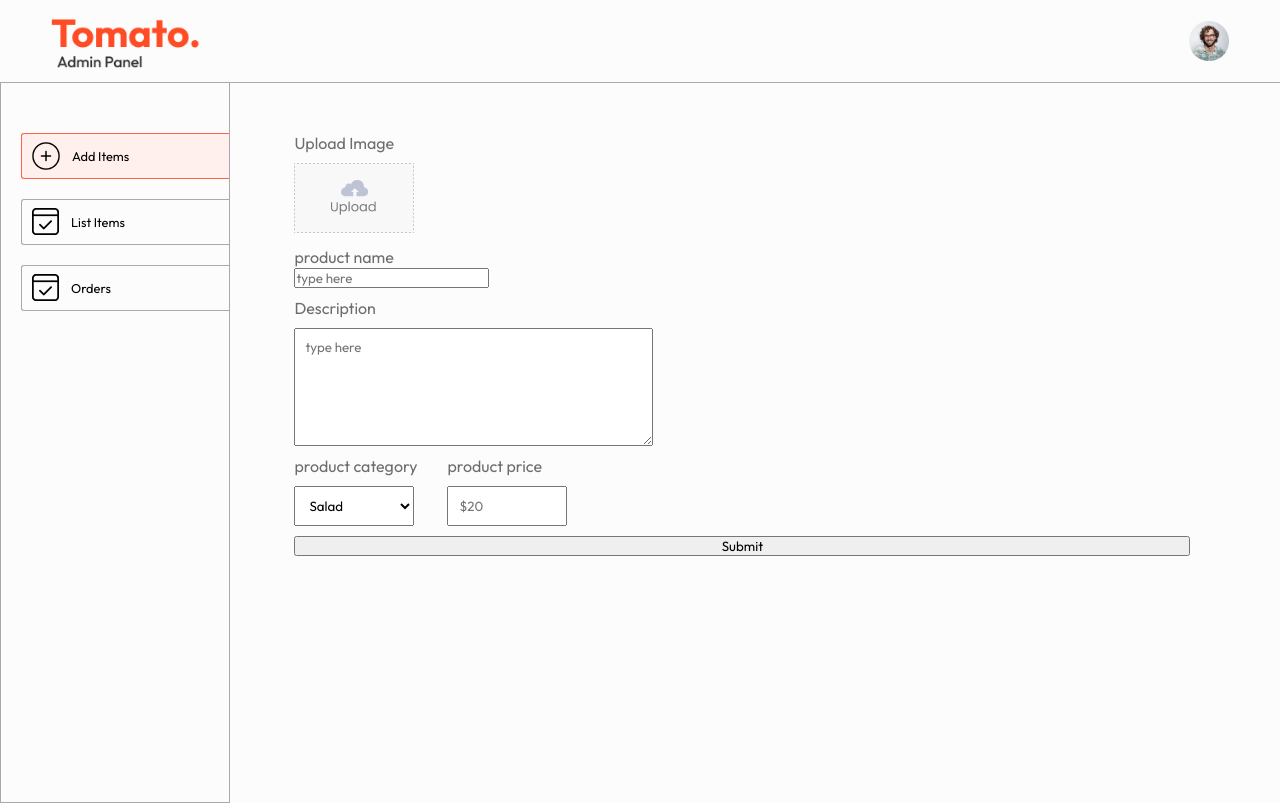
Repository: sodmaq/food-delivery
Page: /add (app in admin/)
The author's editor kept a copy of each file at every save. The page is drawn from the files as they stood at one save, then again after the next save.
The browser window is 1280 px wide. The pictures show the whole page.
The project was rebuilt for these pictures with package versions that can differ from the ones it lists, and the page was loaded fresh each time. Also part of the build but not shown: admin/vite.config.js, admin/src/pages/orders/Orders.jsx. Imported but missing from the stored project, and not drawn on this page: admin/src/pages/list/List.

Above is the page before, as saved 2024-10-04 22:59:26.

### admin/index.html
<!DOCTYPE html>
<html lang="en">
  <head>
    <meta charset="UTF-8" />
    <link rel="icon" type="image/svg+xml" href="/vite.svg" />
    <meta name="viewport" content="width=device-width, initial-scale=1.0" />
    <title>Admin</title>
  </head>
  <body>
    <div id="root"></div>
    <script type="module" src="/src/main.jsx"></script>
  </body>
</html>

### admin/src/App.jsx
import { NavBar } from "./components/NavBar/NavBar";
import SideBar from "./components/sidebar/SideBar";
import Add from "./pages/add/Add";
import Order from "./pages/orders/Orders";
import List from "./pages/list/List";
import { Routes, Route } from "react-router-dom"; // Import Route

const App = () => {
  return (
    <div>
      <NavBar />
      <hr />
      <div className="app-content">
        <SideBar />
        <Routes>
          <Route path="/add" element={<Add />} />{" "}
          {/* Use Route for each path */}
          <Route path="/list" element={<List />} />
          <Route path="/order" element={<Order />} />
        </Routes>
      </div>
    </div>
  );
};

export default App;

### admin/src/index.css
@import url("https://fonts.googleapis.com/css2?family=Outfit:wght@100..900&display=swap");

* {
  padding: 0;
  margin: 0;
  box-sizing: border-box;
  font-family: Outfit;
  scroll-behavior: smooth;
}
body {
  min-height: 100vh;
  background-color: #fcfcfc;
}

a {
  text-decoration: none;
  color: inherit;
}
hr {
  height: 1px;
  background-color: #a9a9a9;
  border: none;
}

.app-content {
  display: flex;
}

.flex-col {
  display: flex;
  flex-direction: column;
  gap: 10px;
}

### admin/src/components/NavBar/NavBar.jsx
import "./NavBar.css";
import { assets } from "../../assets/assets";
export const NavBar = () => {
  return (
    <div className="navbar">
      <img className="logo" src={assets.logo} alt="" />
      <img className="profile" src={assets.profile_image} alt="" />
    </div>
  );
};

### admin/src/components/sidebar/SideBar.jsx
import "./SideBar.css";
import { assets } from "../../assets/assets";
import { NavLink } from "react-router-dom";

const SideBar = () => {
  return (
    <div className="sidebar">
      <div className="sidebar-options">
        <NavLink to="/add" className="sidebar-option">
          <img src={assets.add_icon} alt="Add Icon" />
          <p>Add Items</p>
        </NavLink>
        <NavLink to="/list" className="sidebar-option">
          <img src={assets.list_icon || assets.order_icon} alt="List Icon" />{" "}
          {/* Make sure you're using the correct icon */}
          <p>List Items</p>
        </NavLink>
        <NavLink to="/order" className="sidebar-option">
          <img src={assets.order_icon} alt="Order Icon" />
          <p>Orders</p>
        </NavLink>
      </div>
    </div>
  );
};

export default SideBar;

### admin/src/pages/add/Add.jsx
import { assets } from "../../assets/assets";
import "./Add.css";

const Add = () => {
  return (
    <div className="add">
      <form action="" className="flex-col">
        <div className="add-img-upload flex-col">
          <p>Upload Image</p>
          <label htmlFor="image">
            <img src={assets.upload_area} alt="" />
          </label>
          <input type="file" id="image" hidden required />
        </div>
        <div>
          <p>product name</p>
          <input type="text" name="name" placeholder="type here" />
        </div>
        <div className="add-product-description flex-col">
          <p>Description</p>
          <textarea
            name="description"
            rows={6}
            placeholder="type here"
            defaultValue={""}
            required
          ></textarea>
        </div>
        <div className="add-category-price">
          <div className="add-category flex-col">
            <p>product category</p>
            <select name="category">
              <option value="Salad">Salad</option>
              <option value="Rolls">Rolls</option>
              <option value="Deserts"> Deserts</option>
              <option value="Sandwich"> Sandwich</option>
              <option value="Cake"> Cake</option>
              <option value="Pure Veg"> Pure Veg</option>
              <option value="Pasta"> Pasta</option>
              <option value="Noodles"> Noodles</option>
            </select>
          </div>
          <div className="add-price flex-col">
            <p>product price</p>
            <input type="number" name="price" placeholder="$20" />
          </div>
        </div>

        <button type="submit" className="add-btn">
          Submit
        </button>
      </form>
    </div>
  );
};

export default Add;

### admin/src/components/NavBar/NavBar.css
.navbar {
  display: flex;
  justify-content: space-between;
  align-items: center;
  padding: 8px 4%;
}

.navbar .logo {
  width: 150px;
}

.navbar .profile {
  width: 40px;
  cursor: pointer;
}

### admin/src/components/sidebar/SideBar.css
.sidebar {
  width: 18%;
  min-height: 100vh;
  border: 1.5px solid #a9a9a9;
  border-top: 0;
  font-size: max(1vw, 10px);
}

.sidebar-options {
  padding-top: 50px;
  padding-left: 20px;
  display: flex;
  flex-direction: column;
  gap: 40px;
  gap: 20px;
}

.sidebar-option {
  display: flex;
  align-items: center;
  gap: 12px;
  border: 1px solid #a9a9a9;
  border-right: 0;
  padding: 8px 10px;
  border-radius: 3px 0px 0px 3px;
  cursor: pointer;
  transition: 0.2s;
}
.sidebar-option.active {
  background-color: #fff0ed;
  border-color: tomato;
}

@media screen and (max-width: 900px) {
  .sidebar-option p {
    display: none;
  }
}

### admin/src/pages/add/Add.css
.add {
  width: 70%;
  margin-left: max(5vw, 25px);
  margin-top: 50px;
  color: #6d6d6d;
  font-size: 16px;
}
.add {
  gap: 20px;
}

.add-img-upload img {
  width: 120px;
}

.add-product-description,
.add-product-name {
  width: max(40%, 280px);
}

.add-product-name input,
.add-product-description textarea {
  padding: 10px;
}

.add-category-price {
  display: flex;
  gap: 30px;
}

.add-category-price select,
.add-category-price input {
  padding: 10px;
  max-width: 120px;
}

Loaded but not shown: admin/src/main.jsx (common file); admin/src/assets/assets.js (common file); admin/src/pages/orders/Orders.css (no stored copy; drawn as an empty file)

After the next save:
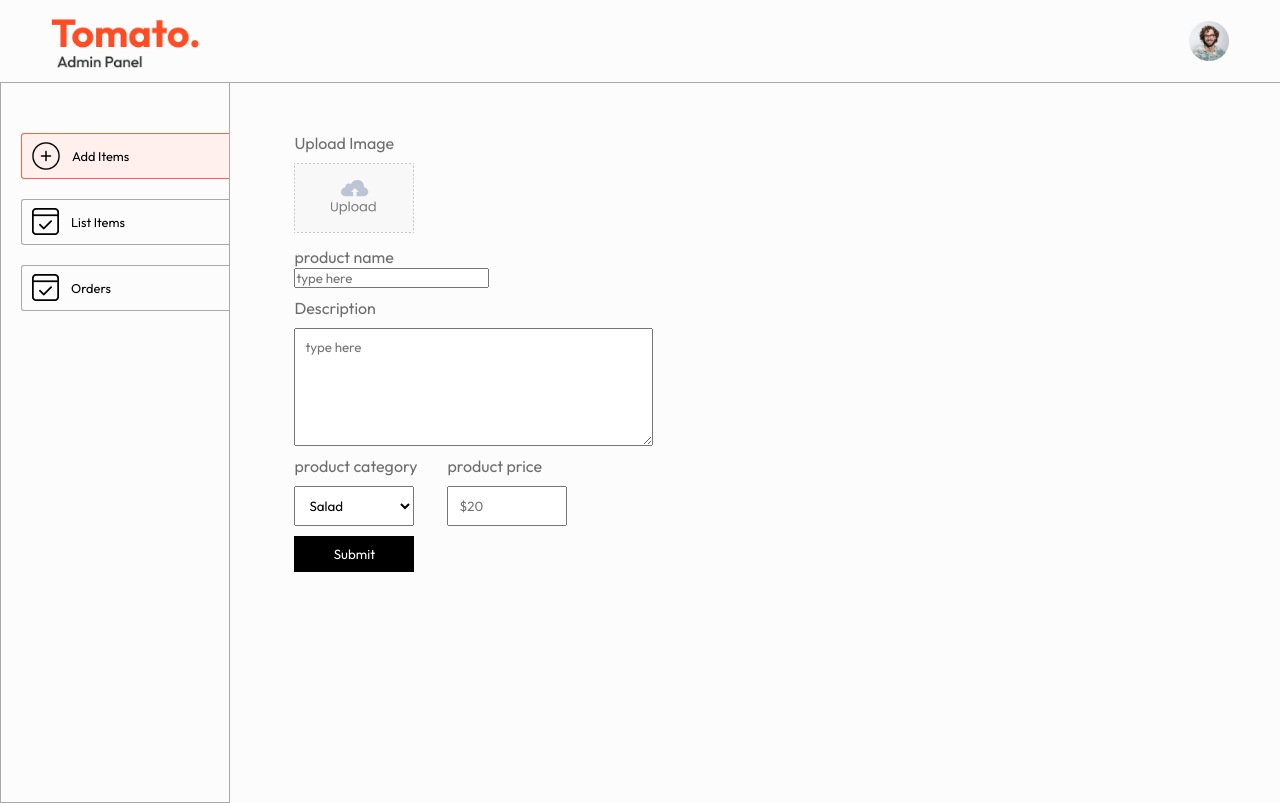
Saved 75 s later.
--- a/admin/src/pages/add/Add.css
+++ b/admin/src/pages/add/Add.css
@@ -33,3 +33,12 @@
   padding: 10px;
   max-width: 120px;
 }
+
+.add-btn {
+  max-width: 120px;
+  border: none;
+  padding: 10px;
+  background-color: black;
+  color: white;
+  cursor: pointer;
+}
